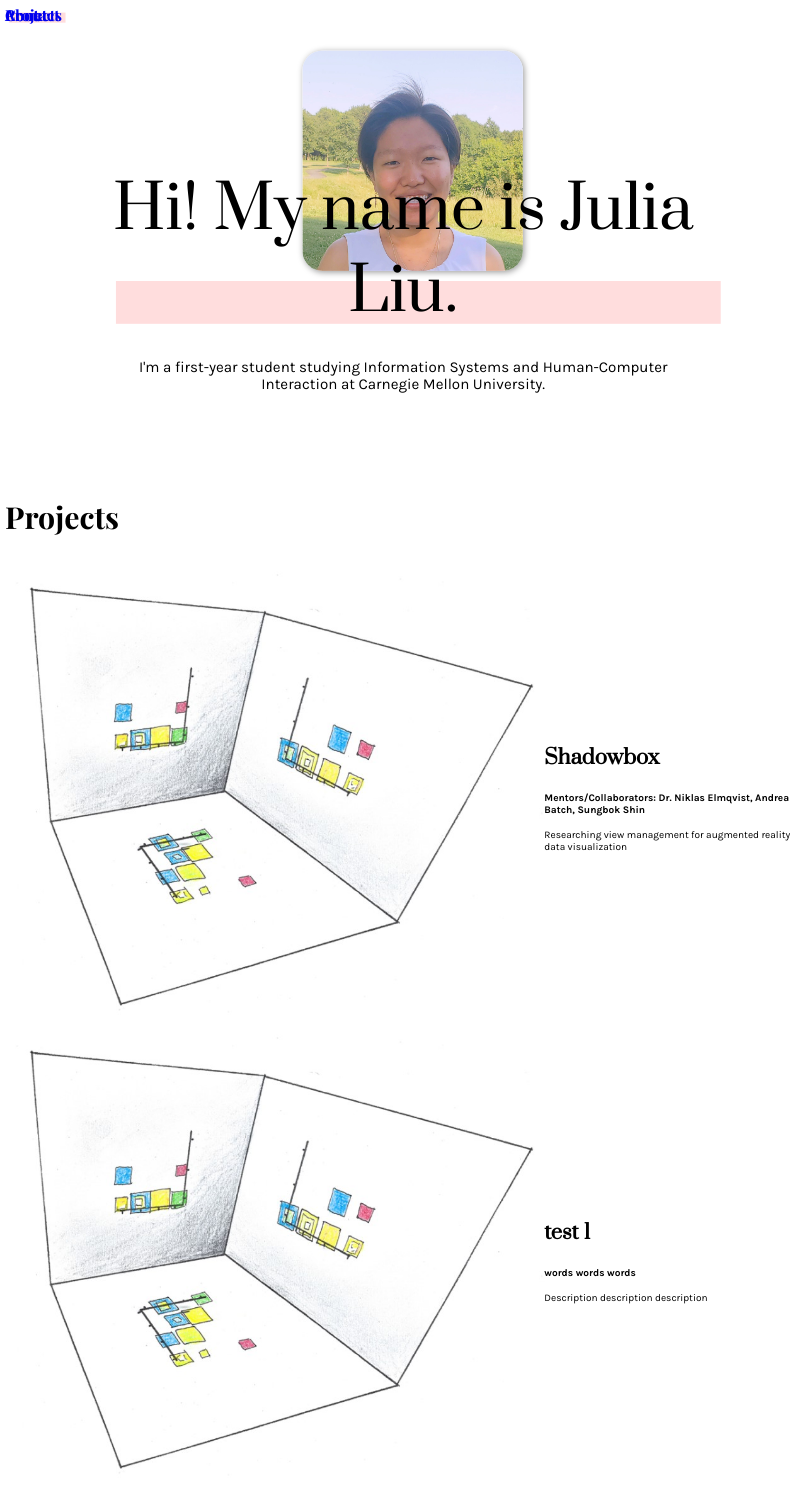
Repository: liu-julia/liu-julia.github.io
Page: index.html
These files come from the project's save history. The page is drawn as it stood at one moment and after the next save; the edit follows.
The browser window is 1280 px wide. The pictures show the whole page, at 63% of full size.

Above is the page before, as saved 2022-04-26 23:05:52.

After the next save:
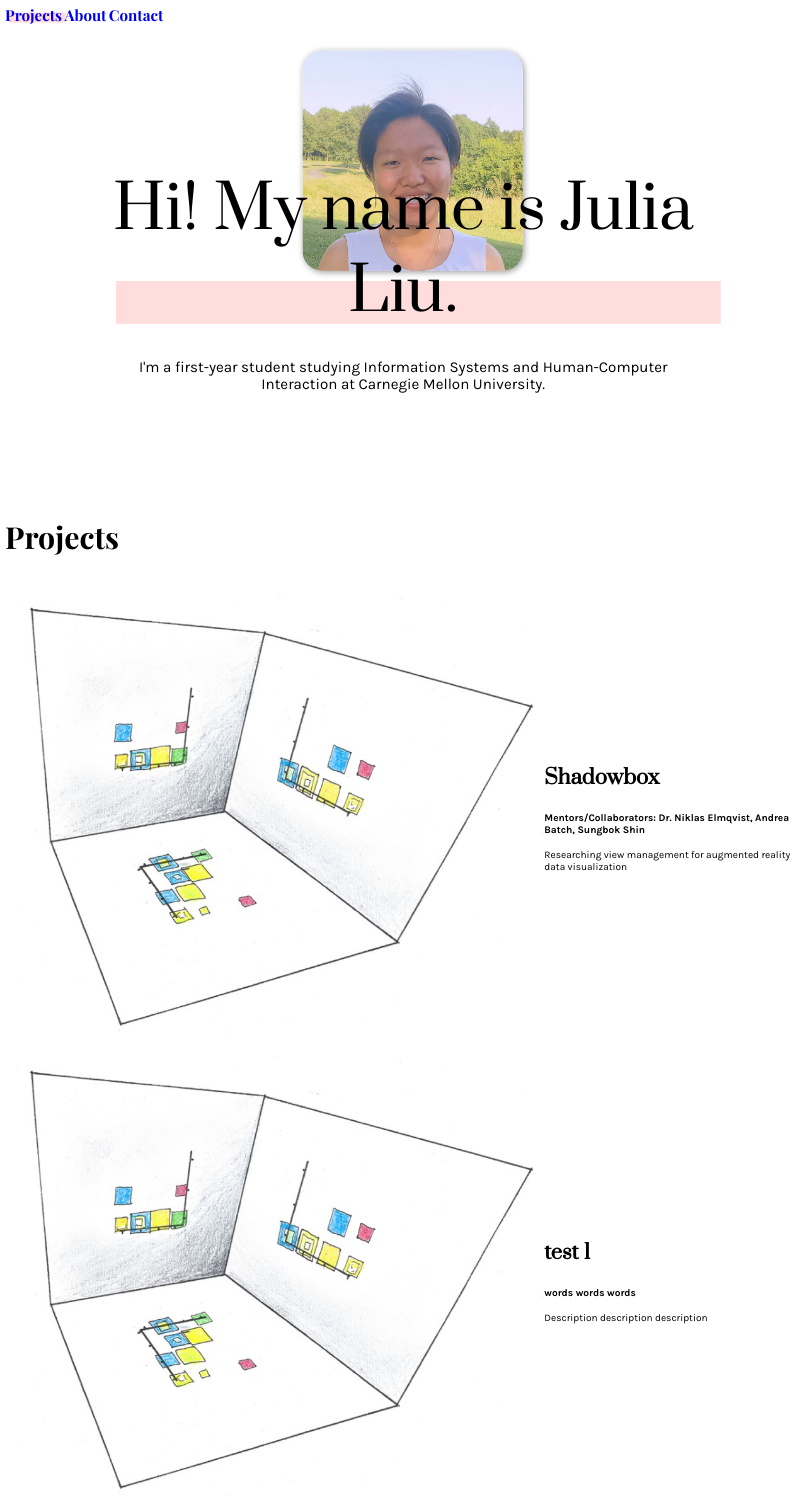
Saved 11 s later.
--- a/css/styles.css
+++ b/css/styles.css
@@ -5,8 +5,7 @@ html {
     height: 100%;
 }
 a {
-    position: absolute;
-    margin: auto;
+    position: relative;
 }
 body {
     height: 100%;
